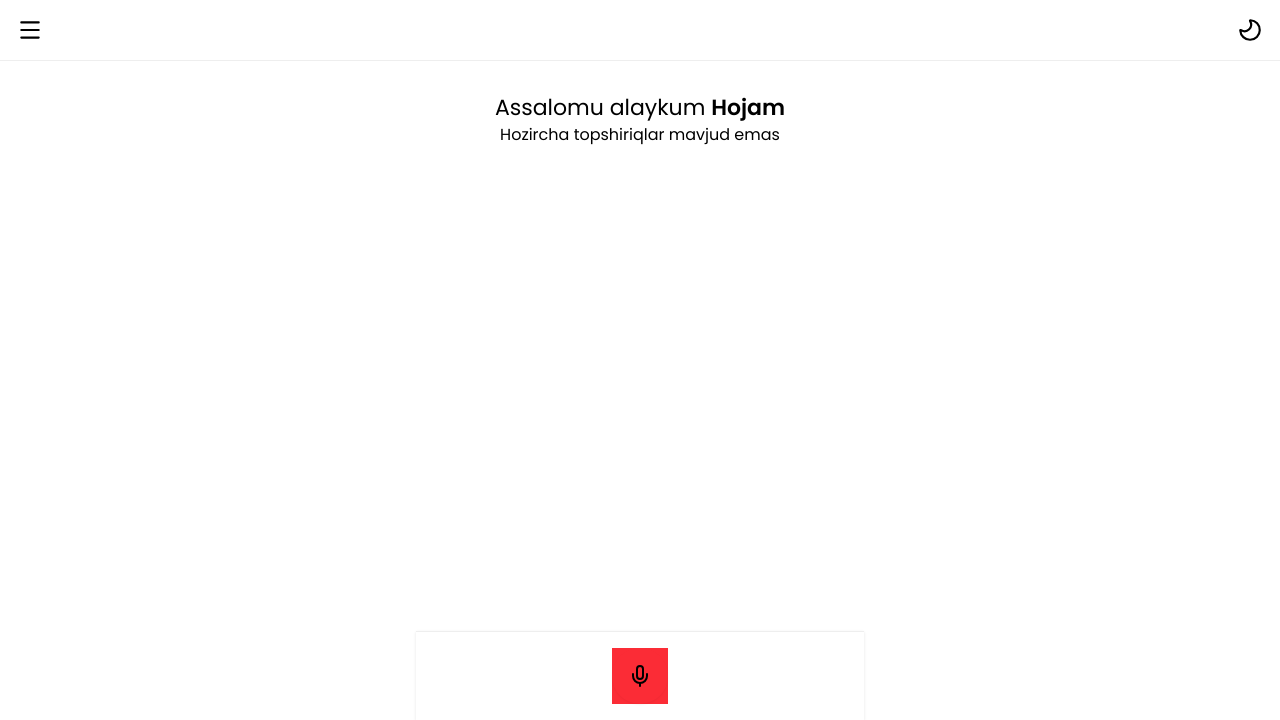
Repository: zaynobiddinovofficel-debug/KotibaAI
Page: / (app in web/)
An editor plug-in stored every save of this project. The page is shown before and after the next save, followed by the edit.
The browser window is 1280 px wide. The pictures show the whole page.
Some web fonts or font styles are not loaded; a fallback is used. The project was rebuilt for these pictures with package versions that can differ from the ones it lists, and the page was loaded fresh each time. Also part of the build but not shown: web/vite.config.js.

Above is the page before, as saved 2026-03-25 21:22:22.

### web/index.html
<!doctype html>
<html lang="en">
  <head>
    <meta charset="UTF-8" />
    <link rel="icon" type="image/svg+xml" href="/vite.svg" />
    <meta name="viewport" content="width=device-width, initial-scale=1.0" />
    <title>web</title>
    <link rel="preconnect" href="https://fonts.googleapis.com">
    <link rel="preconnect" href="https://fonts.gstatic.com" crossorigin>
    <link href="https://fonts.googleapis.com/css2?family=Barlow+Semi+Condensed:ital,wght@0,100;0,200;0,300;0,400;0,500;0,600;0,700;0,800;0,900;1,100;1,200;1,300;1,400;1,500;1,600;1,700;1,800;1,900&family=Big+Shoulders:opsz,wght@10..72,100..900&family=Chewy&family=Inter:ital,opsz,wght@0,14..32,100..900;1,14..32,100..900&family=Lexend+Deca:wght@100..900&family=Poppins:ital,wght@0,100;0,200;0,300;0,400;0,500;0,600;0,700;0,800;0,900;1,100;1,200;1,300;1,400;1,500;1,600;1,700;1,800;1,900&family=Roboto+Condensed:ital,wght@0,100..900;1,100..900&display=swap" rel="stylesheet">
  </head>
  <body class="font-[Poppins]">
    <div id="root"></div>
    <script type="module" src="/src/main.jsx"></script>
  </body>
</html>

### web/src/App.jsx
import { Button } from "@/components/ui/button"
import { MenuIcon, MicIcon, MoonIcon, PauseIcon, PlayIcon, SendIcon, SunIcon, XIcon } from "lucide-react"
import React from "react"
export default function App() {
  const barCount = 24;
  const sttApiKey = import.meta.env.VITE_UZBEKVOICE_API_KEY;
  const geminiApiKey = import.meta.env.VITE_GEMINI_API_KEY;
  const [tasks,setTasks] = React.useState(JSON.parse(localStorage.getItem("tasks")));
  const [username,setUsername] = React.useState(localStorage.getItem("username"));
  const [isLight,setIsLight] = React.useState(localStorage.getItem("theme")=="light");
  const [isRecording, setIsRecording] = React.useState(false);
  const [isPaused, setIsPaused] = React.useState(false);
  const [audioUrl, setAudioUrl] = React.useState(null);
  const [isPreviewPlaying, setIsPreviewPlaying] = React.useState(false);
  const [isSubmitting, setIsSubmitting] = React.useState(false);
  const [transcript, setTranscript] = React.useState("");
  const [geminiReply, setGeminiReply] = React.useState("");
  const [submitError, setSubmitError] = React.useState("");
  const [audioLevels, setAudioLevels] = React.useState(Array.from({ length: barCount }, () => 10));
  const mediaRecorderRef = React.useRef(null);
  const streamRef = React.useRef(null);
  const chunksRef = React.useRef([]);
  const recordAudioContextRef = React.useRef(null);
  const recordAnalyserRef = React.useRef(null);
  const previewAudioContextRef = React.useRef(null);
  const previewAnalyserRef = React.useRef(null);
  const animationFrameRef = React.useRef(null);
  const audioPreviewRef = React.useRef(null);
  const previewSourceRef = React.useRef(null);

  const rebuildAudioUrl = React.useCallback(() => {
    if (chunksRef.current.length === 0) return;

    setAudioUrl((currentUrl) => {
      if (currentUrl) {
        URL.revokeObjectURL(currentUrl);
      }

      return URL.createObjectURL(new Blob(chunksRef.current, { type: "audio/webm" }));
    });
  }, []);

  const stopVisualizer = React.useCallback(() => {
    if (animationFrameRef.current) {
      cancelAnimationFrame(animationFrameRef.current);
      animationFrameRef.current = null;
    }
    setAudioLevels(Array.from({ length: barCount }, () => 10));
  }, [barCount]);

  const startVisualizer = React.useCallback((analyser) => {
    const dataArray = new Uint8Array(analyser.frequencyBinCount);

    const updateLevels = () => {
      analyser.getByteFrequencyData(dataArray);
      const step = Math.max(1, Math.floor(dataArray.length / barCount));
      const nextLevels = Array.from({ length: barCount }, (_, index) => {
        const value = dataArray[index * step] ?? 0;
        return Math.max(10, Math.round((value / 255) * 64));
      });

      setAudioLevels(nextLevels);
      animationFrameRef.current = requestAnimationFrame(updateLevels);
    };

    updateLevels();
  }, [barCount]);

  const stopStream = React.useCallback(() => {
    if (streamRef.current) {
      streamRef.current.getTracks().forEach((track) => track.stop());
      streamRef.current = null;
    }
  }, []);

  const resetRecorder = React.useCallback(() => {
    if (audioPreviewRef.current) {
      audioPreviewRef.current.pause();
      audioPreviewRef.current.currentTime = 0;
    }

    setIsRecording(false);
    setIsPaused(false);
    setIsPreviewPlaying(false);
    stopVisualizer();

    if (previewAudioContextRef.current) {
      previewAudioContextRef.current.close();
      previewAudioContextRef.current = null;
    }
    if (recordAudioContextRef.current) {
      recordAudioContextRef.current.close();
      recordAudioContextRef.current = null;
    }

    previewAnalyserRef.current = null;
    recordAnalyserRef.current = null;
    previewSourceRef.current = null;
    mediaRecorderRef.current = null;
    chunksRef.current = [];

    setAudioUrl((currentUrl) => {
      if (currentUrl) {
        URL.revokeObjectURL(currentUrl);
      }

      return null;
    });
    stopStream();
  }, [stopStream, stopVisualizer]);

  const startRecording = React.useCallback(async () => {
    const stream = await navigator.mediaDevices.getUserMedia({ audio: true });
    const mediaRecorder = new MediaRecorder(stream);
    const audioContext = new window.AudioContext();
    const analyser = audioContext.createAnalyser();
    const source = audioContext.createMediaStreamSource(stream);

    chunksRef.current = [];
    streamRef.current = stream;
    mediaRecorderRef.current = mediaRecorder;
    recordAudioContextRef.current = audioContext;
    recordAnalyserRef.current = analyser;
    setAudioUrl((currentUrl) => {
      if (currentUrl) {
        URL.revokeObjectURL(currentUrl);
      }

      return null;
    });
    setIsPreviewPlaying(false);

    analyser.fftSize = 64;
    analyser.smoothingTimeConstant = 0.85;
    source.connect(analyser);

    mediaRecorder.ondataavailable = (event) => {
      if (event.data.size > 0) {
        chunksRef.current.push(event.data);
        rebuildAudioUrl();
      }
    };

    mediaRecorder.onstop = () => {
      resetRecorder();
    };

    mediaRecorder.start();
    startVisualizer(recordAnalyserRef.current);
    setIsRecording(true);
    setIsPaused(false);
  }, [rebuildAudioUrl, resetRecorder, startVisualizer]);

  const stopRecording = React.useCallback(() => {
    if (mediaRecorderRef.current && mediaRecorderRef.current.state !== "inactive") {
      mediaRecorderRef.current.stop();
      return;
    }

    resetRecorder();
  }, [resetRecorder]);

  const togglePause = React.useCallback(() => {
    if (!mediaRecorderRef.current) return;

    if (mediaRecorderRef.current.state === "recording") {
      mediaRecorderRef.current.pause();
      mediaRecorderRef.current.requestData();
      if (animationFrameRef.current) {
        cancelAnimationFrame(animationFrameRef.current);
        animationFrameRef.current = null;
      }
      setAudioLevels(Array.from({ length: barCount }, () => 10));
      setIsPaused(true);
      return;
    }

    if (mediaRecorderRef.current.state === "paused") {
      mediaRecorderRef.current.resume();
      if (recordAnalyserRef.current) {
        startVisualizer(recordAnalyserRef.current);
      }
      setIsPaused(false);
    }
  }, [barCount, startVisualizer]);

  const togglePreviewPlayback = React.useCallback(() => {
    if (!audioPreviewRef.current || !audioUrl) return;

    if (isPreviewPlaying) {
      audioPreviewRef.current.pause();
      audioPreviewRef.current.currentTime = 0;
      setIsPreviewPlaying(false);
      stopVisualizer();
      return;
    }

    if (!previewAudioContextRef.current) {
      const audioContext = new window.AudioContext();
      const analyser = audioContext.createAnalyser();
      const source = audioContext.createMediaElementSource(audioPreviewRef.current);

      analyser.fftSize = 64;
      analyser.smoothingTimeConstant = 0.85;
      source.connect(analyser);
      analyser.connect(audioContext.destination);

      previewAudioContextRef.current = audioContext;
      previewAnalyserRef.current = analyser;
      previewSourceRef.current = source;
    }

    if (previewAudioContextRef.current.state === "suspended") {
      previewAudioContextRef.current.resume();
    }
    if (previewAnalyserRef.current) {
      startVisualizer(previewAnalyserRef.current);
    }
    audioPreviewRef.current.play();
    setIsPreviewPlaying(true);
  }, [audioUrl, isPreviewPlaying, startVisualizer, stopVisualizer]);

  const sendRecording = React.useCallback(async () => {
    if (!sttApiKey) {
      setSubmitError("VITE_UZBEKVOICE_API_KEY envga qo'yilmagan");
      return;
    }

    if (chunksRef.current.length === 0) {
      setSubmitError("Yuborish uchun audio topilmadi");
      return;
    }

    try {
      setIsSubmitting(true);
      setSubmitError("");
      setTranscript("");
      setGeminiReply("");

      if (audioPreviewRef.current) {
        audioPreviewRef.current.pause();
        audioPreviewRef.current.currentTime = 0;
      }

      const formData = new FormData();
      const audioFile = new File([new Blob(chunksRef.current, { type: "audio/webm" })], "recording.webm", {
        type: "audio/webm",
      });

      formData.append("file", audioFile);
      formData.append("return_offsets", "false");
      formData.append("run_diarization", "false");
      formData.append("language", "uz");
      formData.append("blocking", "true");

      const response = await fetch("https://uzbekvoice.ai/api/v1/stt", {
        method: "POST",
        headers: {
          Authorization: sttApiKey,
        },
        body: formData,
      });

      const data = await response.json();

      if (!response.ok) {
        throw new Error(data?.message || data?.detail || "STT so'rovida xatolik");
      }

      const recognizedText = data?.result?.text || "";
      setTranscript(recognizedText);

      if (!geminiApiKey) {
        throw new Error("VITE_GEMINI_API_KEY envga qo'yilmagan");
      }

      const geminiResponse = await fetch(
        `https://generativelanguage.googleapis.com/v1beta/models/gemini-2.0-flash:generateContent?key=${geminiApiKey}`,
        {
          method: "POST",
          headers: {
            "Content-Type": "application/json",
          },
          body: JSON.stringify({
            contents: [
              {
                parts: [
                  {
                    text: `Siz Uzbek tilida ishlaydigan yordamchisiz. Foydalanuvchi nutqidan olingan matnni tahlil qiling, uning niyati va so'rovini qisqa aniqlang, keyin foydalanuvchiga foydali, aniq va qisqa javob yozing. Javobni faqat oddiy matn ko'rinishida qaytaring.\n\nNutq matni:\n${recognizedText}`,
                  },
                ],
              },
            ],
          }),
        }
      );

      const geminiData = await geminiResponse.json();

      if (!geminiResponse.ok) {
        throw new Error(
          geminiData?.error?.message || "Gemini so'rovida xatolik"
        );
      }

      const geminiText =
        geminiData?.candidates?.[0]?.content?.parts?.map((part) => part.text).join("") || "";

      setGeminiReply(geminiText);
      resetRecorder();
    } catch (error) {
      setSubmitError(error.message || "Audio yuborishda xatolik");
    } finally {
      setIsSubmitting(false);
    }
  }, [resetRecorder, sttApiKey]);

  React.useEffect(() => {
    return () => {
      if (mediaRecorderRef.current && mediaRecorderRef.current.state !== "inactive") {
        mediaRecorderRef.current.stop();
      }
      if (audioPreviewRef.current) {
        audioPreviewRef.current.pause();
      }
      if (previewAudioContextRef.current) {
        previewAudioContextRef.current.close();
        previewAudioContextRef.current = null;
      }
      if (recordAudioContextRef.current) {
        recordAudioContextRef.current.close();
        recordAudioContextRef.current = null;
      }
      previewAnalyserRef.current = null;
      recordAnalyserRef.current = null;
      resetRecorder();
    };
  }, [resetRecorder]);

  return (
    <div className="min-h-screen w-full flex flex-col items-center">
    <div className="px-3 py-3 max-w-[1280px] w-full border-b border-b-[#eee] flex justify-between">
      <Button className={`w-[36px]`} variant={'ghost'}>
        <MenuIcon className="size-6.5" />
      </Button>
      <Button className={`w-[36px]`} variant={'ghost'}>
        {isLight?<SunIcon className="size-6.5" />:<MoonIcon className="size-6.5 rotate-270" />}
      </Button>
    </div>
    {(tasks==null||tasks.length==0)&&
    <div className="px-3 py-3 max-w-[1280px] w-full flex flex-col items-center my-6 text-center gap-2">
    <span className="text-[22px] leading-none">Assalomu alaykum <b className="font-[550]">
      {username==null?"Hojam":username}
    </b></span>
    <span className="leading-none">Hozircha topshiriqlar mavjud emas</span>
    </div>}
    {transcript&&<div className="px-3 py-3 max-w-[1280px] w-full">
      <div className="text-sm">{transcript}</div>
    </div>}
    {geminiReply&&<div className="px-3 py-3 max-w-[1280px] w-full">
      <div className="text-sm">{geminiReply}</div>
    </div>}
    {submitError&&<div className="px-3 py-2 max-w-[1280px] w-full text-sm text-red-600">{submitError}</div>}
    <div className="px-3 max-w-[1280px] w-full flex justify-center mt-auto">
      <div className="flex w-full max-w-md flex-col items-center gap-4 border-t border-[#eee] bg-background/90 px-4 py-4 shadow-sm backdrop-blur-sm">
        {isRecording&&<div className="flex h-20 w-full items-end justify-center gap-1">
          {audioLevels.map((level, index) => (
            <div
              key={index}
              className={`w-2 rounded-full bg-primary/80 transition-all duration-75 ${isPaused ? "opacity-40" : ""}`}
              style={{ height: `${level}px` }}
            />
          ))}
        </div>}
        {audioUrl&&<audio
          ref={audioPreviewRef}
          src={audioUrl}
          onEnded={() => {
            setIsPreviewPlaying(false);
            stopVisualizer();
            setAudioLevels(Array.from({ length: barCount }, () => 10));
          }}
          className="hidden"
        />}
      <div className="flex items-center gap-3 bg-red-500" >
        {isRecording&&<Button variant="outline" size="icon" aria-label="Cancel" onClick={stopRecording}>
          <XIcon className="size-5" />
        </Button>}
        <Button
          size="icon"
          className="size-14 rounded-full"
          aria-label={isPaused ? "Play chunk" : "Mic"}
          onClick={isRecording ? (isPaused ? togglePreviewPlayback : stopRecording) : startRecording}
          disabled={isSubmitting}
        >
          {isPaused ? <PlayIcon className="size-6 fill-current" /> : <MicIcon className="size-6" />}
        </Button>
        {isRecording&&<Button
          variant="secondary"
          size="icon"
          aria-label={isPaused ? "Send" : "Pause"}
          onClick={isPaused ? sendRecording : togglePause}
          disabled={isSubmitting}
        >
          {isPaused ? <SendIcon className="size-5" /> : <PauseIcon className="size-5 fill-current" />}
        </Button>}
      </div>
      </div>
    </div>
    </div>
  )
}

### web/src/components/ui/button.jsx
import * as React from "react"
import { Slot } from "@radix-ui/react-slot"
import { cva } from "class-variance-authority"

import { cn } from "@/lib/utils"

const buttonVariants = cva(
  "inline-flex items-center justify-center gap-2 whitespace-nowrap rounded-md text-sm font-medium transition-[color,box-shadow,transform] !duration-0 disabled:pointer-events-none disabled:opacity-50 [&_svg]:pointer-events-none [&_svg:not([class*='size-'])]:size-4 shrink-0 [&_svg]:shrink-0 outline-none focus-visible:border-ring focus-visible:ring-ring/50 focus-visible:ring-[3px] aria-invalid:ring-destructive/20 dark:aria-invalid:ring-destructive/40 aria-invalid:border-destructive active:scale-[0.98]",
  {
    variants: {
      variant: {
        default:
          "bg-primary text-primary-foreground shadow-xs hover:bg-primary/90",
        destructive:
          "bg-destructive text-white shadow-xs hover:bg-destructive/90 focus-visible:ring-destructive/20",
        outline:
          "border bg-background shadow-xs hover:bg-accent hover:text-accent-foreground",
        secondary:
          "bg-secondary text-secondary-foreground shadow-xs hover:bg-secondary/80",
        ghost: "hover:bg-accent hover:text-accent-foreground",
        link: "text-primary underline-offset-4 hover:underline",
      },
      size: {
        default: "h-9 px-4 py-2",
        sm: "h-8 rounded-md gap-1.5 px-3",
        lg: "h-10 rounded-md px-6",
        icon: "size-9",
      },
    },
    defaultVariants: {
      variant: "default",
      size: "default",
    },
  }
)

function Button({ className, variant, size, asChild = false, ...props }) {
  const Comp = asChild ? Slot : "button"

  return (
    <Comp
      data-slot="button"
      className={cn(buttonVariants({ variant, size, className }))}
      {...props}
    />
  )
}

export { Button, buttonVariants }

Loaded but not shown: web/src/main.jsx (common file); web/src/index.css (common file); web/src/lib/utils.js (common file)

After the next save:
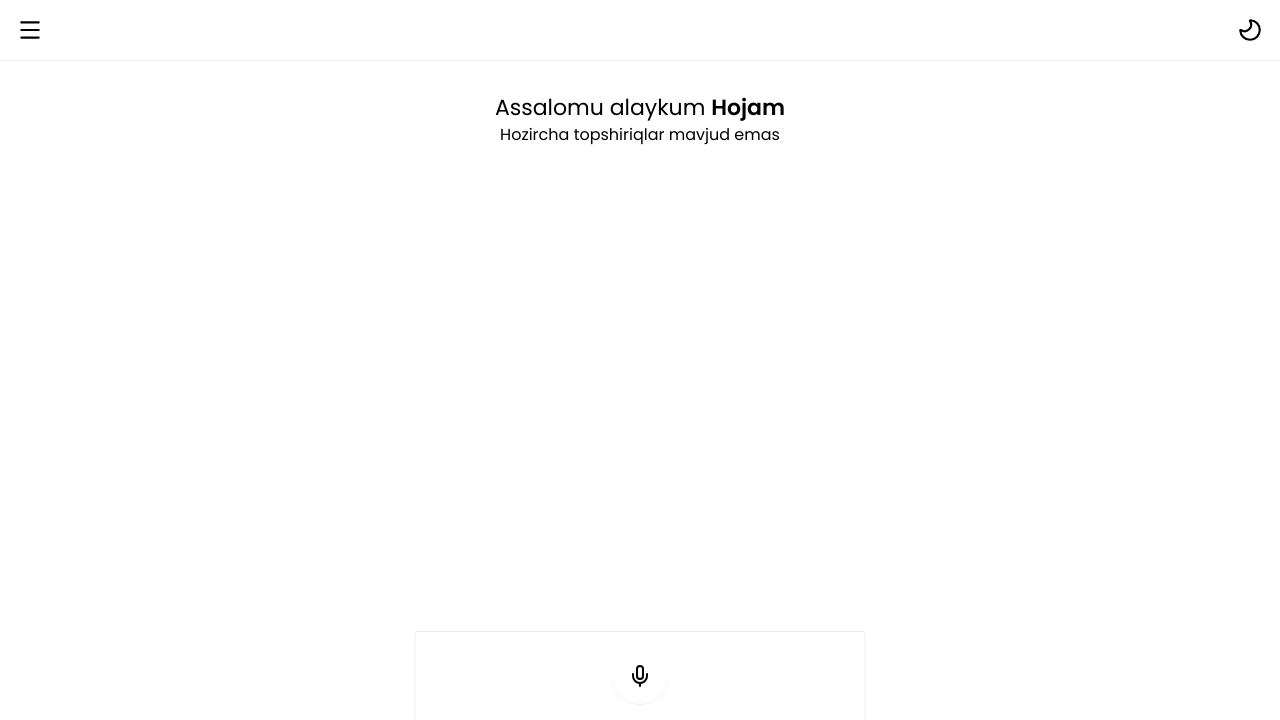
Saved 4 s later.
--- a/web/src/App.jsx
+++ b/web/src/App.jsx
@@ -382,7 +382,7 @@ export default function App() {
           }}
           className="hidden"
         />}
-      <div className="flex items-center gap-3 bg-red-500" >
+      <div className="flex items-center gap-3" >
         {isRecording&&<Button variant="outline" size="icon" aria-label="Cancel" onClick={stopRecording}>
           <XIcon className="size-5" />
         </Button>}
